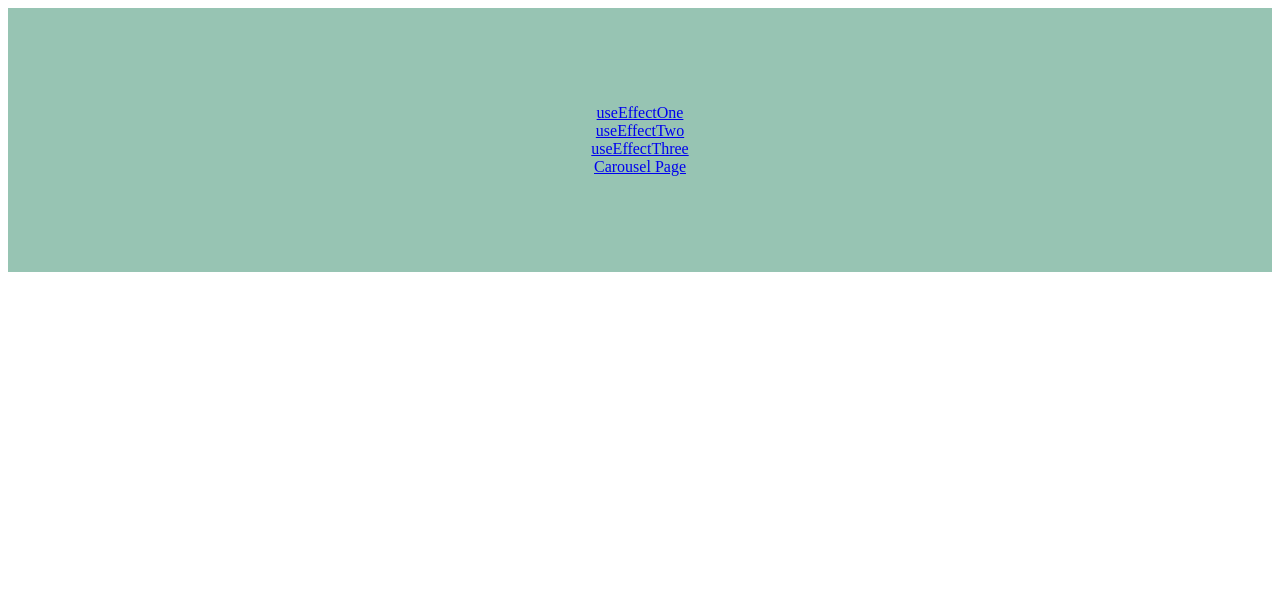
Repository: jennydmcm/useeffect-carousel
Page: /
An editor plug-in stored every save of this project. The page is shown before and after the next save, followed by the edit.
The browser window is 1280 px wide. The pictures show the whole page.
The project was rebuilt for these pictures with package versions that can differ from the ones it lists, and the page was loaded fresh each time. The framework's server and built-in components were replaced by stand-ins that run in the browser. Also part of the build but not shown: next.config.js.

Above is the page before, as saved 2023-02-23 18:31:37.

### pages/index.js
import Head from 'next/head'
import styles from '@/styles/Home.module.css'
import Link from 'next/link'

export default function Home() {
  return (
    <>
      <Head>
        <title>Create Next App</title>
        <meta name="description" content="Generated by create next app" />
        <meta name="viewport" content="width=device-width, initial-scale=1" />
        <link rel="icon" href="/favicon.ico" />
      </Head>
      <main className={styles.main}>
        <Link className={styles.link} href="/useEffectOne">useEffectOne</Link>
        <Link className={styles.link} href="/useEffectTwo">useEffectTwo</Link>
        <Link className={styles.link} href="/useEffectThree">useEffectThree</Link>
        <Link className={styles.link} href="/carouselPage">Carousel Page</Link>
      </main>
    </>
  )
}

### styles/Home.module.css
.main {
  display: flex;
  flex-direction: column;
  justify-content: space-between;
  align-items: center;
  padding: 6rem;
  min-height: 100%;
  background-color: #97C4B3;
}

Loaded but not shown: pages/_app.js (common file); pages/_document.js (common file); styles/globals.css (common file)

After the next save:
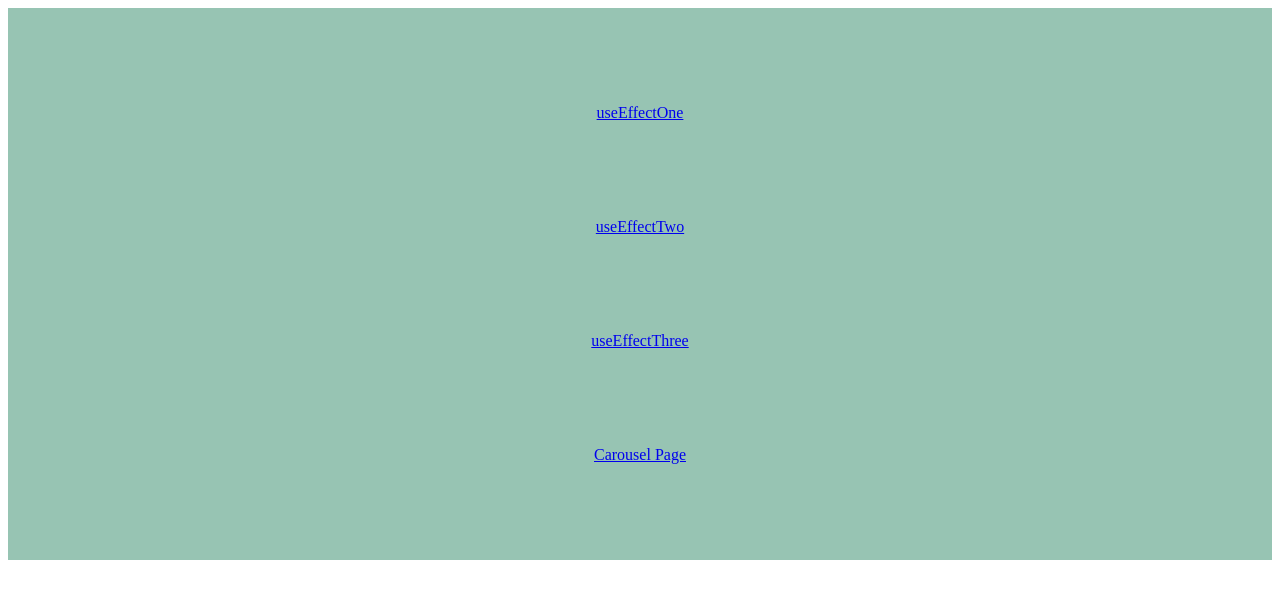
Saved 7 s later.
--- a/styles/Home.module.css
+++ b/styles/Home.module.css
@@ -1,9 +1,9 @@
 .main {
+  background-color: #97C4B3;
   display: flex;
   flex-direction: column;
   justify-content: space-between;
   align-items: center;
   padding: 6rem;
-  min-height: 100%;
-  background-color: #97C4B3;
+  min-height: 50vh;
 }
